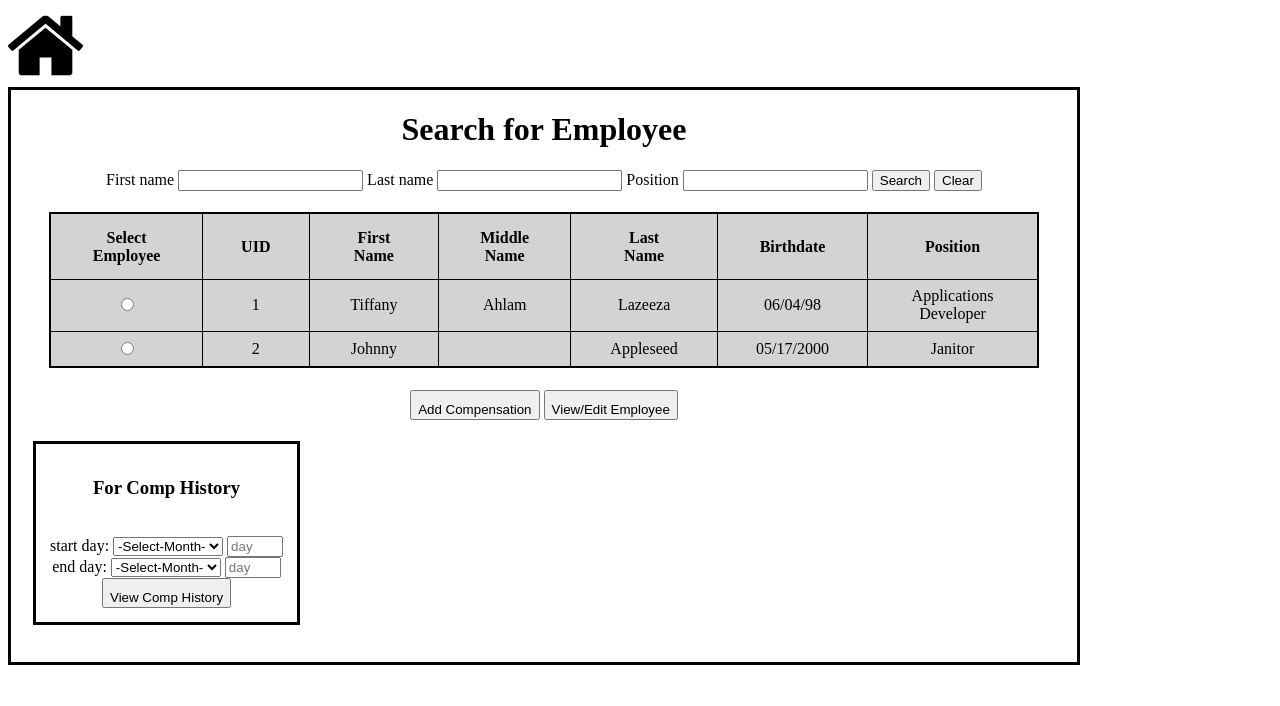
Repository: ticross18/SpringBootEmployeeSystem
Page: http://localhost/searchEmp
The author's editor kept a copy of each file at every save. The page is drawn from the files as they stood at one save, then again after the next save.
The browser window is 1280 px wide. The pictures show the whole page.
The page is this project's Thymeleaf template; nobody is signed in. The template is opened directly, without the code that normally fills it, so the values that code supplies are empty.

Above is the page before, as saved 2022-05-17 18:10:24.

After the next save:
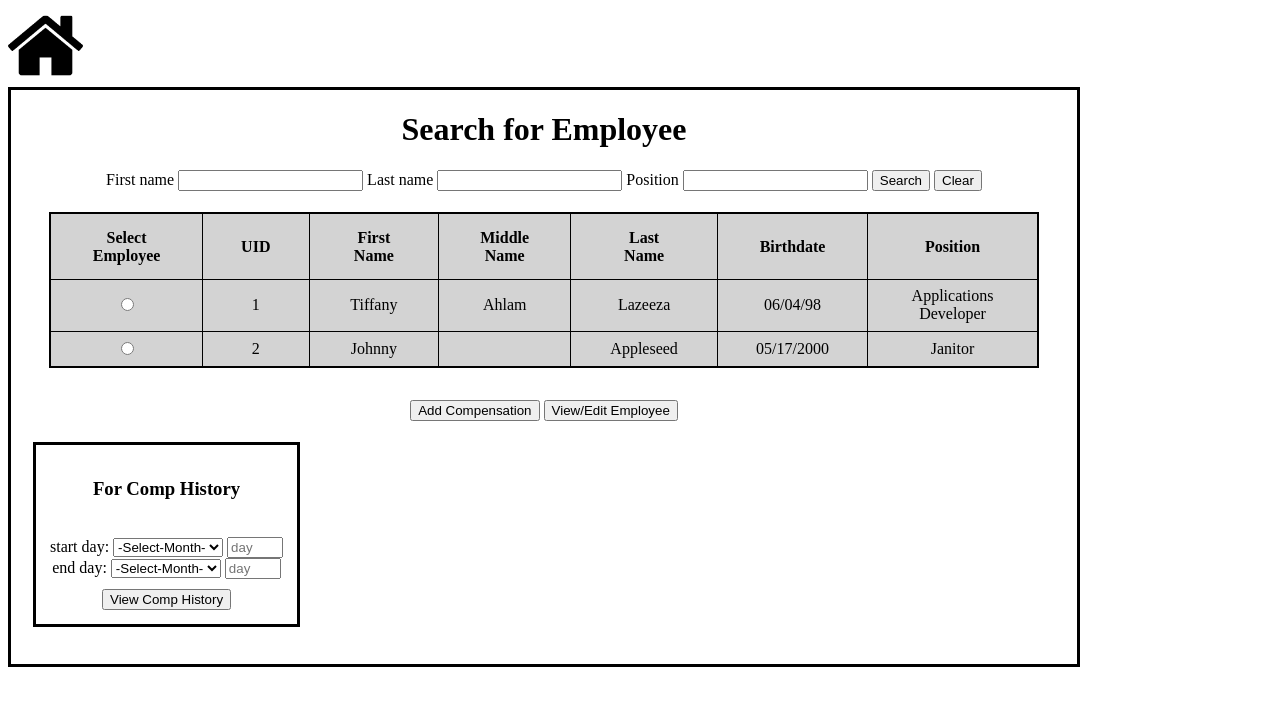
Saved 4 s later.
--- a/EmploymentSystem/src/main/resources/static/css/screens.css
+++ b/EmploymentSystem/src/main/resources/static/css/screens.css
@@ -62,7 +62,7 @@
 }
 
 button.optionButtons {
-	padding-top: 10px;
+	margin-top: 10px;
 }
 
 button.optionButtons:active {
